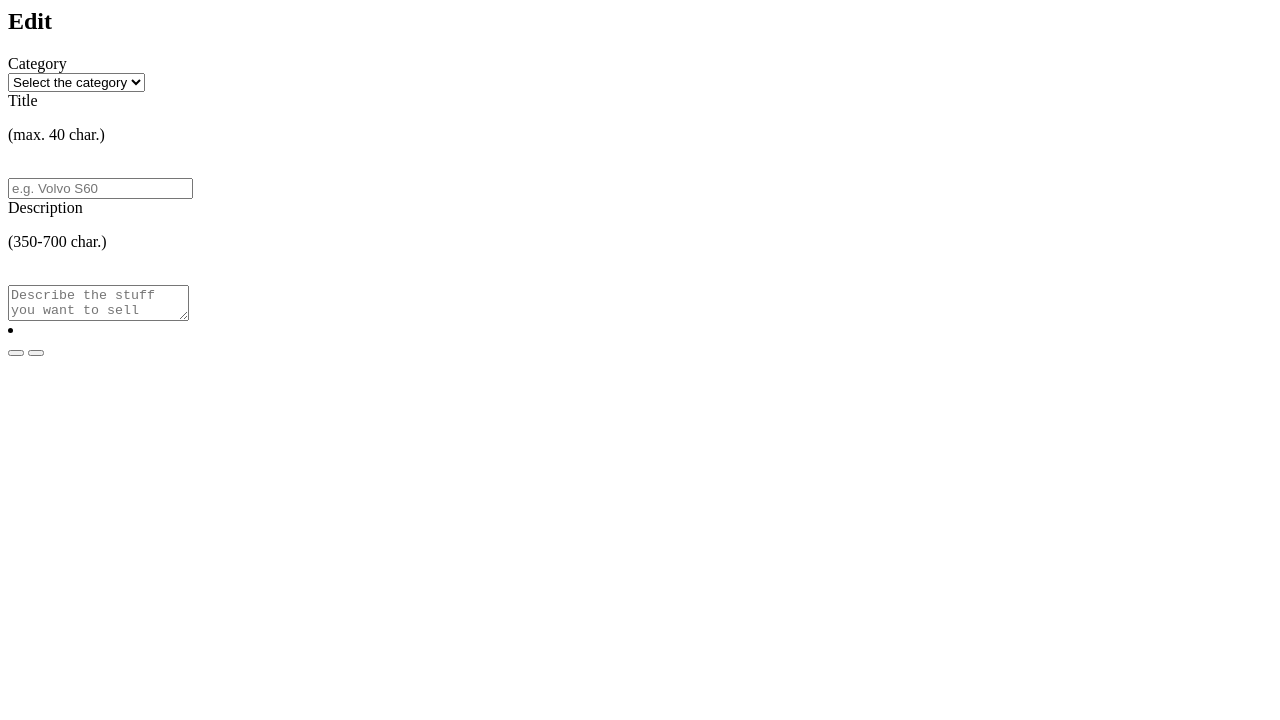
Repository: aidarm/Tori_II
Page: public/js/app/views/edit.html
The author's editor kept a record of every edit. The page is drawn from the files as they stood at one moment, then again after the next edit.
The browser window is 1280 px wide. The pictures show the whole page.

Above is the page before.

After the next edit:
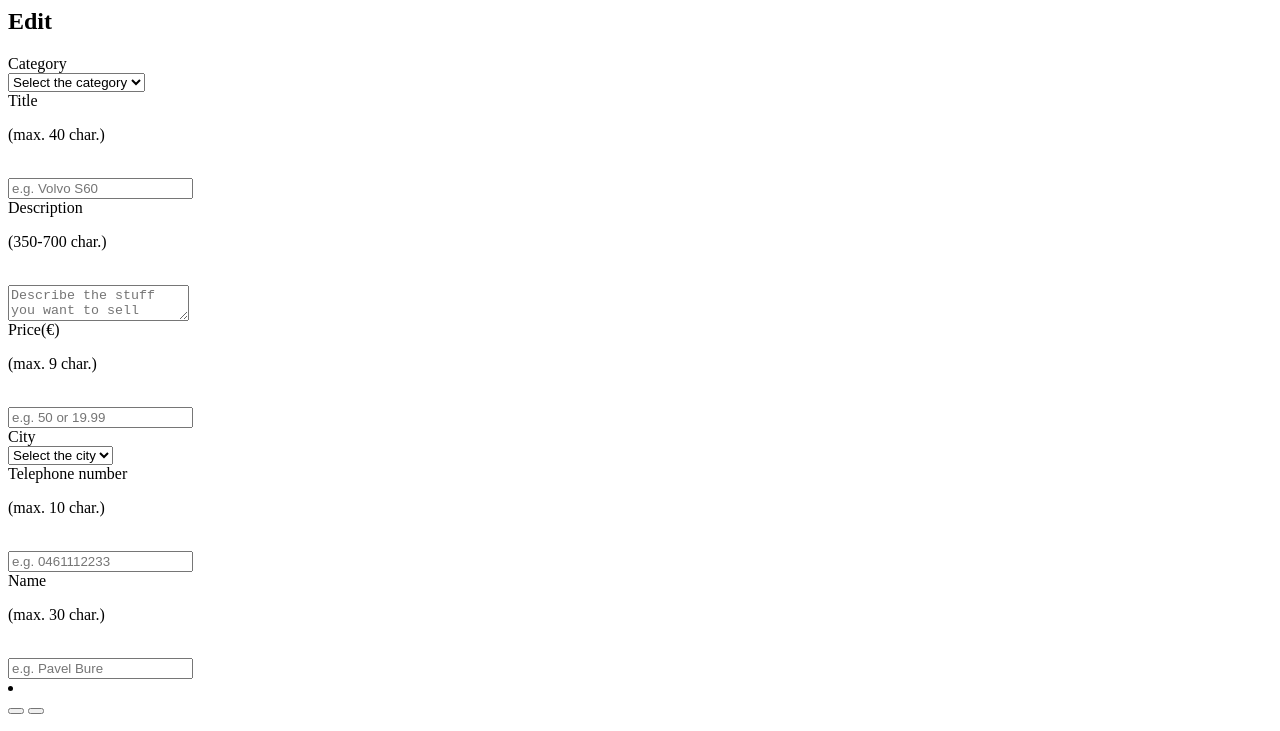
The edit:
--- a/public/js/app/views/edit.html
+++ b/public/js/app/views/edit.html
@@ -12,6 +12,24 @@
     <input type="text" class="formTitle" placeholder="e.g. Volvo S60" data-ng-model="form.title" maxlength="40" /><br />
     <label>Description</label><p> (350-700 char.)</p><br />
     <textarea class="formDescription" placeholder="Describe the stuff you want to sell" data-ng-model="form.description" maxlength="700" value="item.description"></textarea><br />
+    <div class="formPrice">
+        <label>Price(&euro;)</label><p> (max. 9 char.)</p><br />
+        <input type="text" placeholder="e.g. 50 or 19.99" data-ng-model="form.price" maxlength="10" /><br />
+    </div>
+    <div class="contact_information">
+        <div class="formCity">
+            <label>City</label><br />
+            <select data-ng-model="form.city">
+                <option value="" selected>Select the city</option>
+                <option value="Helsinki">Helsinki</option>
+                <option value="Turku">Turku</option>
+            </select><br />
+            <label>Telephone number</label><p> (max. 10 char.)</p><br />
+            <input type="text" class="formPhone" placeholder="e.g. 0461112233" data-ng-model="form.phone" maxlength="10" /><br />
+        </div>
+        <label>Name</label><p> (max. 30 char.)</p><br />
+        <input type="text" class="formTitle" placeholder="e.g. Pavel Bure" data-ng-model="form.name" maxlength="30" /><br />
+    </div>
     <flex-slider slide="img in form.img">
         <li>
             <img data-ng-src="{{ img }}">
